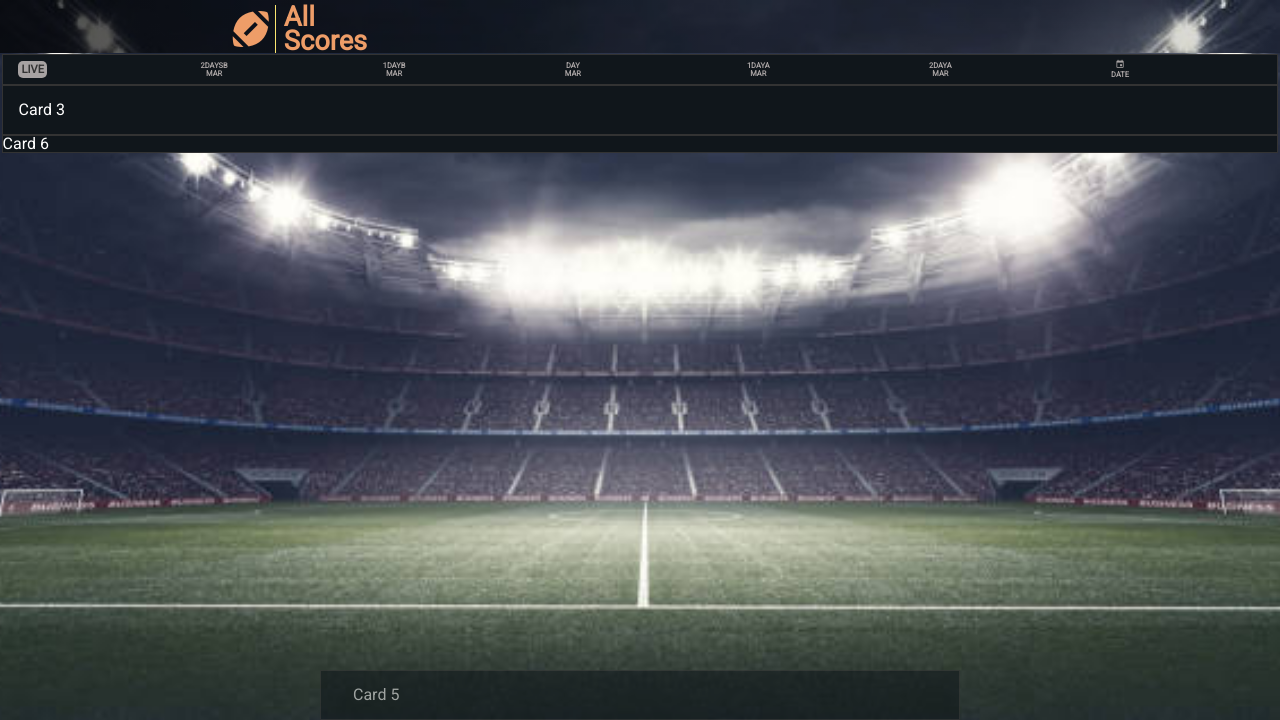
Repository: boomshakar/AllScores
Page: index.html
The author's editor kept a copy of each file at every save. The page is drawn from the files as they stood at one save, then again after the next save.
The browser window is 1280 px wide. The pictures show the whole page.
The style sheet was rebuilt from its Sass, Less or Tailwind sources for each picture, by a compiler version that may differ from the author's.

Above is the page before, as saved 2021-03-30 13:18:59.

### index.html
<!DOCTYPE html>
<html lang="en">
  <head>
    <meta charset="UTF-8" />
    <meta http-equiv="X-UA-Compatible" content="IE=edge" />
    <meta name="viewport" content="width=device-width, initial-scale=1.0" />
    <title>All Scores</title>
    <link rel="stylesheet" href="css/main.css" />
    <link
      rel="stylesheet"
      href="https://fonts.googleapis.com/icon?family=Material+Icons"
    />
  </head>
  <body>
    <header>
      <a href="index.html" class="head-name__logo">
        <span class="material-icons md-48">sports_football</span>
        <h1>All<br />Scores</h1>
      </a>
      <ul class="head-name">
        <a href="index.html"
          ><li class="head-name__mob active">
            <span class="material-icons md-36">sports_soccer</span>
            <h3>Soccer</h3>
          </li></a
        >
        <a href="#"
          ><li class="head-name__mob">
            <span class="material-icons md-36">sports_basketball</span>
            <h3>Basket</h3>
          </li></a
        >
        <a href="#"
          ><li class="head-name__mob">
            <span class="material-icons md-36">golf_course</span>
            <h3>Golf</h3>
          </li></a
        >
        <a href="#"
          ><li class="head-name__mob">
            <span class="material-icons md-36">sports_tennis</span>
            <h3>Tennis</h3>
          </li></a
        >
      </ul>
      <div class="menu-btn">
        <span class="menu-btn__burger"></span>
      </div>
      <nav class="nav">
        <ul class="menu-nav">
          <div class="menu-nav__time">
            Lorem ipsum, dolor sit amet consectetur adipisicing elit. Qui
            quidem, dignissimos asperiores totam nesciunt laborum at consectetur
            nam temporibus ea.
          </div>
          <li class="menu-nav__item active">
            <a href="index.html" class="menu-nav__link">Soccer</a>
          </li>
          <li class="menu-nav__item">
            <a href="#" class="menu-nav__link">Basketball</a>
          </li>
          <li class="menu-nav__item">
            <a href="#" class="menu-nav__link">Tennis</a>
          </li>
          <li class="menu-nav__item">
            <a href="#" class="menu-nav__link">Hockey</a>
          </li>
          <li class="menu-nav__item">
            <a href="#" class="menu-nav__link">Golf</a>
          </li>
          <li class="menu-nav__item">
            <a href="#" class="menu-nav__link">Basketball</a>
          </li>
          <li class="menu-nav__item">
            <a href="#" class="menu-nav__link">Tennis</a>
          </li>
          <li class="menu-nav__item">
            <a href="#" class="menu-nav__link">Hockey</a>
          </li>
          <li class="menu-nav__item">
            <a href="#" class="menu-nav__link">Golf</a>
          </li>
          <li class="menu-nav__item">
            <a href="#" class="menu-nav__link">Basketball</a>
          </li>
          <li class="menu-nav__item">
            <a href="#" class="menu-nav__link">Tennis</a>
          </li>
          <li class="menu-nav__item">
            <a href="#" class="menu-nav__link">Hockey</a>
          </li>
          <li class="menu-nav__item">
            <a href="#" class="menu-nav__link">Golf</a>
          </li>
          <div class="menu-nav__foot">
            Lorem ipsum dolor sit amet consectetur adipisicing elit. Quisquam
            quod neque provident ex cumque adipisci, iusto, tempora quibusdam
            maxime, magni autem perferendis? Quibusdam, tenetur. Laudantium,
            velit reiciendis deleniti perferendis nesciunt vitae dolores itaque
            aut voluptas dolor veritatis. Optio ducimus consectetur nisi sequi,
            nesciunt id quis mollitia, laborum voluptates necessitatibus modi.
          </div>
        </ul>
      </nav>
    </header>
    <div class="grid-contain">
      <span class="card">
        <div class="date-select">
          <a href="#" class="date-select__link active"
            ><div class="date-select__match live-logo">
              <strong>live</strong>
            </div></a
          >
          <a href="#" class="date-select__link"
            ><div class="date-select__match">
              <h6>2daysB</h6>
              <h6>Mar</h6>
            </div></a
          >
          <a href="#" class="date-select__link"
            ><div class="date-select__match">
              <h6>1dayB</h6>
              <h6>Mar</h6>
            </div></a
          >
          <a href="#" class="date-select__link"
            ><div class="date-select__match">
              <h6>Day</h6>
              <h6>Mar</h6>
            </div></a
          >
          <a href="#" class="date-select__link"
            ><div class="date-select__match">
              <h6>1dayA</h6>
              <h6>Mar</h6>
            </div></a
          >
          <a href="#" class="date-select__link"
            ><div class="date-select__match">
              <h6>2dayA</h6>
              <h6>Mar</h6>
            </div></a
          >
          <a href="#" class="date-select__link"
            ><div class="date-select__match live-cal">
              <span class="material-icons"> event </span>
              <h6>Date</h6>
            </div></a
          >
        </div>
      </span>
      <div class="card">Card 2</div>
      <div class="card">Card 3</div>
      <div class="card">Card 4</div>
      <div class="card">Card 5</div>
      <div class="card">Card 6</div>
    </div>
  </body>
  <script src="main.js"></script>
</html>

### main.js
const menuBtn = document.querySelector(".menu-btn");
const menuBurger = document.querySelector(".menu-btn__burger");
const nav = document.querySelector(".nav");
const headName = document.querySelector(".head-name");
const menuNav = document.querySelector(".menu-nav");
const menuNavList = document.querySelectorAll(".menu-nav__item");

let menuOpen = false;

menuBtn.addEventListener("click", toggleMenu);

function toggleMenu() {
  if (!menuOpen) {
    menuBurger.classList.add("open");
    nav.classList.add("open");
    headName.classList.add("open");
    menuNav.classList.add("open");
    menuNavList.forEach((item) => item.classList.add("open"));

    menuOpen = true;
  } else {
    menuBurger.classList.remove("open");
    nav.classList.remove("open");
    headName.classList.remove("open");
    menuNav.classList.remove("open");
    menuNavList.forEach((item) => item.classList.remove("open"));

    menuOpen = false;
  }
}

### scss/main.scss
@import "config";
@import "menu";
@import "home";
@import "responsive";

body {
  position: relative;
  background: $primary-color;
  color: $text-color;
  height: 100vh;
  font-family: "Roboto", "Segoe UI", Tahoma, Verdana, sans-serif;
  line-height: 1;
  background: url(../img/stadium3.jpg);
  background-size: cover;
  background-repeat: no-repeat;
  background-position: center;
  background-attachment: fixed;
}

header {
  display: flex;
  z-index: 2;
  background: linear-gradient(to right, rgba(#000, 0.7), rgba(#000, 0.1)),
    url(../img/head.jpg);
  background-size: cover;
  background-repeat: no-repeat;
  position: fixed;
  width: 100vw;
  padding-top: 0.3rem;

  a {
    color: $secondary-color;
  }
}

### scss/_config.scss
$primary-color: #24303a;
$secondary-color: #ee9d68;
$text-color: #fae56f;
$text-color2: rgb(167, 162, 162);

* {
  box-sizing: border-box;
  margin: 0;
  padding: 0;
  outline: 0;
  list-style: none;
}
a {
  text-decoration: none;
}

@import url("https://fonts.googleapis.com/css2?family=Roboto&display=swap");

@mixin transition-mix {
  transition: all 0.5s ease-in-out;
}

@mixin media-xxsm {
  @media screen and (max-width: 313px) {
    @content;
    ul.head-name {
      visibility: hidden;
    }
  }
}

@mixin media-xsm {
  @media screen and (min-width: 314px) and (max-width: 359px) {
    @content;
  }
}

@mixin media-sm {
  @media screen and (min-width: 360px) and (max-width: 399px) {
    @content;
  }
}

@mixin media-smd {
  @media screen and (min-width: 400px) {
    @content;
  }
}

@mixin media-md {
  @media screen and (min-width: 500px) {
    @content;
  }
}

@mixin media-lg {
  @media screen and (min-width: 700px) {
    @content;
  }
}

@mixin media-xl {
  @media screen and (min-width: 1000px) {
    @content;
  }
}

### scss/_menu.scss
.menu-btn {
  position: fixed;
  z-index: 1;
  width: 28px;
  height: 20px;
  top: 0.8rem;
  right: 0.7rem;
  background: transparent;
  cursor: pointer;
  @include transition-mix;
  &__burger {
    position: absolute;
    width: 20px;
    height: 3px;
    right: 0.5rem;
    top: 0.5rem;
    background: pink;
    border-radius: 5px;
    @include transition-mix;

    &::before {
      content: "";
      position: absolute;
      width: 28px;
      height: 3px;
      top: -8px;
      background: $text-color;
      border-radius: 5px;
      @include transition-mix;
    }

    &::after {
      content: "";
      position: absolute;
      width: 28px;
      height: 3px;
      top: 8px;
      background: $text-color;
      border-radius: 5px;
      @include transition-mix;
    }

    &.open {
      transform: rotate(720deg);
      background: transparent;

      &::before {
        transform: rotate(45deg) translate(5px, 8px);
        background: $secondary-color;
      }
      &::after {
        transform: rotate(-45deg) translate(3px, -7px);
        background: $secondary-color;
      }
    }
  }
}
nav {
  position: fixed;
  top: 0;
  left: 0;
  width: 100vw;
  visibility: hidden;
  &.open {
    visibility: visible;
  }
}

.menu-nav {
  display: grid;
  grid-template-columns: 1fr;
  grid-template-rows: 1fr;
  width: 100vw;
  height: 100vh;
  top: 50px;
  left: 0;
  right: 0;
  bottom: 0;
  overflow-y: scroll;
  overflow-x: hidden;
  background: $primary-color;
  opacity: 0.97;
  transform: translateY(-100%);
  @include transition-mix;

  &.open {
    transform: translateY(0);
  }
  &__time {
    padding: 1.5rem 1.5rem 1rem 1.5rem;
    line-height: 1.2;
    font-size: 12px;
  }

  &__item {
    transform: translateX(100vw);
    border-bottom: 1px solid rgb(102, 96, 96);
    @include transition-mix;
    &:nth-of-type(1) {
      border-top: 1px solid rgb(102, 96, 96);
    }
    &.open {
      transform: translateX(0);
    }
    &.active > a {
      color: $secondary-color;
    }
  }

  &__link {
    display: grid;
    font-size: 1.1rem;
    padding: 0.7rem 0;
    font-weight: 600;
    text-transform: uppercase;
    text-align: center;
    color: rgb(167, 162, 162);
    @include transition-mix;

    &:hover {
      color: $secondary-color;
    }
  }

  &__foot {
    padding: 2rem 1.5rem 200px 1.5rem;
    font-size: 12px;
  }
}

@for $f from 1 through 14 {
  .menu-nav__item:nth-child(#{$f}) {
    transition-delay: ($f * 0.1s) + 0.05s;
  }
}

### scss/_home.scss
.grid-contain {
  padding: 3.4rem 0.1rem 1.5rem 0.1rem;
  display: grid;
  grid-template-columns: 1fr;
  grid-template-rows: repeat(auto-fit, minmax(10px, 1fr));

  .card {
    background: darken($primary-color, 10%);
    border: 1px solid #333;
    color: #fff;

    &:nth-child(1) {
      //date selector
      grid-column: 1 / 1;
      grid-row: 1/ 2;
      .date-select {
        display: flex;
        flex-direction: row;
        justify-content: space-around;

        &__link {
          color: $text-color2;
          padding: 0.3rem 0.5rem;
          text-transform: uppercase;
          text-align: center;
          align-content: center;
          justify-self: center;
          width: 13vw;
          &:nth-child(1) > .live-logo {
            color: #333;
            background: $text-color2;
            border-radius: 5px;
            padding: 3px;
            width: max-content;
          }
        }
        &__match {
          font-size: 0.7rem;
          width: max-content;
          .material-icons {
            font-size: 0.6rem;
            width: max-content;
          }
        }
      }
    }

    &:nth-child(2) {
      //left side
      // grid-column: 1;
      // grid-row: 3 / 4;
      visibility: hidden;
    }

    &:nth-child(3) {
      //main menu
      grid-column: 1;
      grid-row: 2 / 3;
      padding: 1rem;
    }

    &:nth-child(4) {
      //right side
      // grid-column: 1;
      // grid-row: 4 / 5;
      visibility: hidden;
    }

    &:nth-child(5) {
      //stciky ad below
      // grid-column: 1;
      // grid-row: 3 / 4;
      position: fixed;
      bottom: 0;
      right: 25%;
      left: 25%;
      opacity: 0.55;
      padding: 1rem 2rem;
    }

    &:nth-child(6) {
      //footer
      grid-column: 1;
      grid-row: 3 / 4;
    }
  }
}

### scss/_responsive.scss
@include media-xxsm {
  header {
    height: 2.8rem;
    justify-content: space-between;
    .head-name__logo {
      display: flex;
      flex-direction: row;
      cursor: pointer;
      &:hover > .material-icons {
        color: $text-color;
      }

      .material-icons {
        font-size: 2.5rem;
        align-items: center;
        cursor: pointer;
        @include transition-mix;
      }
      h1 {
        font-weight: 800;
        border-left: 1px solid $text-color;
        line-height: 1.3rem;
        padding: 0 0.5rem;
        font-size: 1.1rem;
        cursor: pointer;
      }
    }
  }
}

@include media-xsm {
  header {
    justify-content: space-between;
    .head-name__logo {
      display: flex;
      flex-direction: row;
      cursor: pointer;
      height: 2.5rem;
      &:hover > .material-icons {
        color: $text-color;
      }

      .material-icons {
        font-size: 2.5rem;
        align-items: center;
        cursor: pointer;
        @include transition-mix;
      }
      h1 {
        font-weight: 800;
        border-left: 1px solid $text-color;
        line-height: 1.3rem;
        padding: 0 0.5rem;
        font-size: 1.1rem;
        cursor: pointer;
      }
    }
    ul.head-name {
      display: flex;
      flex-direction: row;
      margin-right: 2rem;
      &.open {
        visibility: hidden;
      }

      .head-name__mob {
        border-left: 1px solid $text-color2;
        padding: 0 0.2rem;
        text-align: center;
        width: 3rem;
        @include transition-mix;
        &.active {
          background: linear-gradient(
            to right,
            rgba(#fff, 0.3),
            rgba(#fff, 0.1)
          );
          color: $text-color;
          border-radius: 5px;
          border-left: 1px solid $text-color;
        }
        &:hover > .material-icons {
          color: $text-color;
        }
      }
      .material-icons {
        font-size: 1.3rem;
        cursor: pointer;
        @include transition-mix;
      }
      h3 {
        font-size: 0.7rem;
      }
    }
    .menu-btn {
      right: -0.3rem;
    }
  }
}

@include media-sm {
  header {
    justify-content: space-between;
    .head-name__logo {
      display: flex;
      flex-direction: row;
      cursor: pointer;
      height: 2.5rem;
      &:hover > .material-icons {
        color: $text-color;
      }

      .material-icons {
        font-size: 2.5rem;
        align-items: center;
        cursor: pointer;
        @include transition-mix;
      }
      h1 {
        font-weight: 800;
        border-left: 1px solid $text-color;
        line-height: 1.3rem;
        padding: 0 0.5rem;
        font-size: 1.1rem;
        cursor: pointer;
      }
    }
    ul.head-name {
      display: flex;
      flex-direction: row;
      margin-right: 2rem;
      &.open {
        visibility: hidden;
      }

      .head-name__mob {
        border-left: 1px solid $text-color2;
        padding: 0 0.5rem;
        text-align: center;
        width: 3.3rem;
        &.active {
          background: linear-gradient(
            to right,
            rgba(#fff, 0.3),
            rgba(#fff, 0.1)
          );
          color: $text-color;
          border-radius: 5px;
          border-left: 1px solid $text-color;
        }
        &:hover > .material-icons {
          color: $text-color;
        }
      }
      .material-icons {
        font-size: 1.3rem;
        cursor: pointer;
        @include transition-mix;
      }
      h3 {
        font-size: 0.8rem;
      }
    }
    .menu-btn {
      right: 0.3rem;
    }
  }
}

@include media-smd {
  header {
    justify-content: space-between;
    .head-name__logo {
      display: flex;
      flex-direction: row;
      cursor: pointer;
      &:hover > .material-icons {
        color: $text-color;
      }

      .material-icons {
        font-size: 3rem;
        align-items: center;
        cursor: pointer;
        @include transition-mix;
      }
      h1 {
        font-weight: 800;
        border-left: 1px solid $text-color;
        line-height: 1.5rem;
        padding: 0 0.5rem;
        font-size: 1.4rem;
        cursor: pointer;
      }
    }
    ul.head-name {
      display: flex;
      flex-direction: row;
      margin-right: 2rem;
      &.open {
        visibility: hidden;
      }

      .head-name__mob {
        border-left: 1px solid $text-color2;
        padding: 0 0.3rem;
        text-align: center;
        width: 3.4rem;
        @include transition-mix;
        &.active {
          background: linear-gradient(
            to right,
            rgba(#fff, 0.3),
            rgba(#fff, 0.1)
          );
          color: $text-color;
          border-radius: 5px;
          border-left: 1px solid $text-color;
        }
        &:hover > .material-icons {
          color: $text-color;
        }
      }
      .material-icons {
        font-size: 1.7rem;
        cursor: pointer;
        @include transition-mix;
      }
      h3 {
        font-size: 0.8rem;
      }
    }
    .menu-btn {
      top: 1.2rem;
      right: 0.4rem;
    }
  }
}

@include media-md {
  header {
    justify-content: space-between;
    .head-name__logo {
      display: flex;
      flex-direction: row;
      cursor: pointer;
      &:hover > .material-icons {
        color: $text-color;
      }

      .material-icons {
        font-size: 3rem;
        align-items: center;
        cursor: pointer;
        @include transition-mix;
      }
      h1 {
        font-weight: 800;
        border-left: 1px solid $text-color;
        line-height: 1.5rem;
        padding: 0 0.5rem;
        font-size: 1.7rem;
        cursor: pointer;
      }
    }
    ul.head-name {
      display: flex;
      flex-direction: row;
      margin-right: 5rem;
      &.open {
        visibility: hidden;
      }

      .head-name__mob {
        border-left: 1px solid $text-color2;
        padding: 0 0.5rem;
        text-align: center;
        width: 3.8rem;
        @include transition-mix;
        &.active {
          background: linear-gradient(
            to right,
            rgba(#fff, 0.3),
            rgba(#fff, 0.1)
          );
          color: $text-color;
          border-radius: 5px;
          border-left: 1px solid $text-color;
        }
        &:hover > .material-icons {
          color: $text-color;
        }
      }
      .material-icons {
        font-size: 1.7rem;
        cursor: pointer;
        @include transition-mix;
      }
      h3 {
        font-size: 0.8rem;
      }
    }
  }
}

@include media-lg {
  header {
    justify-content: space-evenly;
    .head-name__logo {
      display: flex;
      flex-direction: row;
      cursor: pointer;
      margin-right: 8rem;
      &:hover > .material-icons {
        color: $text-color;
      }

      .material-icons {
        font-size: 3rem;
        align-items: center;
        cursor: pointer;
        @include transition-mix;
      }
      h1 {
        font-weight: 800;
        border-left: 1px solid $text-color;
        line-height: 1.5rem;
        padding: 0 0.5rem;
        font-size: 1.7rem;
        cursor: pointer;
      }
    }
    ul.head-name {
      display: flex;
      flex-direction: row;
      &.open {
        visibility: hidden;
      }

      .head-name__mob {
        border-left: 1px solid $text-color2;
        padding: 0 0.3rem;
        text-align: center;
        width: 3.8rem;
        &.active {
          background: linear-gradient(
            to right,
            rgba(#fff, 0.3),
            rgba(#fff, 0.1)
          );
          color: $text-color;
          border-radius: 5px;
          border-left: 1px solid $text-color;
        }
        &:hover > .material-icons {
          color: $text-color;
        }
      }
      .material-icons {
        font-size: 1.7rem;
        cursor: pointer;
        @include transition-mix;
      }
      h3 {
        font-size: 0.8rem;
      }
    }
    .menu-btn {
      visibility: hidden;
    }
  }
}

@include media-xl {
  header {
    justify-content: space-evenly;
    .head-name__logo {
      display: flex;
      flex-direction: row;
      cursor: pointer;
      margin-right: 8rem;
      &:hover > .material-icons {
        color: $text-color;
      }

      .material-icons {
        font-size: 3rem;
        align-items: center;
        cursor: pointer;
        @include transition-mix;
      }
      h1 {
        font-weight: 800;
        border-left: 1px solid $text-color;
        line-height: 1.5rem;
        padding: 0 0.5rem;
        font-size: 1.7rem;
        cursor: pointer;
      }
    }
    ul.head-name {
      display: flex;
      flex-direction: row;
      &.open {
        visibility: hidden;
      }

      .head-name__mob {
        border-left: 1px solid $text-color2;
        padding: 0 0.3rem;
        text-align: center;
        width: 3.8rem;
        &.active {
          background: linear-gradient(
            to right,
            rgba(#fff, 0.3),
            rgba(#fff, 0.1)
          );
          color: $text-color;
          border-radius: 5px;
          border-left: 1px solid $text-color;
        }
        &:hover > .material-icons {
          color: $text-color;
        }
      }
      .material-icons {
        font-size: 1.7rem;
        cursor: pointer;
        @include transition-mix;
      }
      h3 {
        font-size: 0.8rem;
      }
    }
  }
}

After the next save:
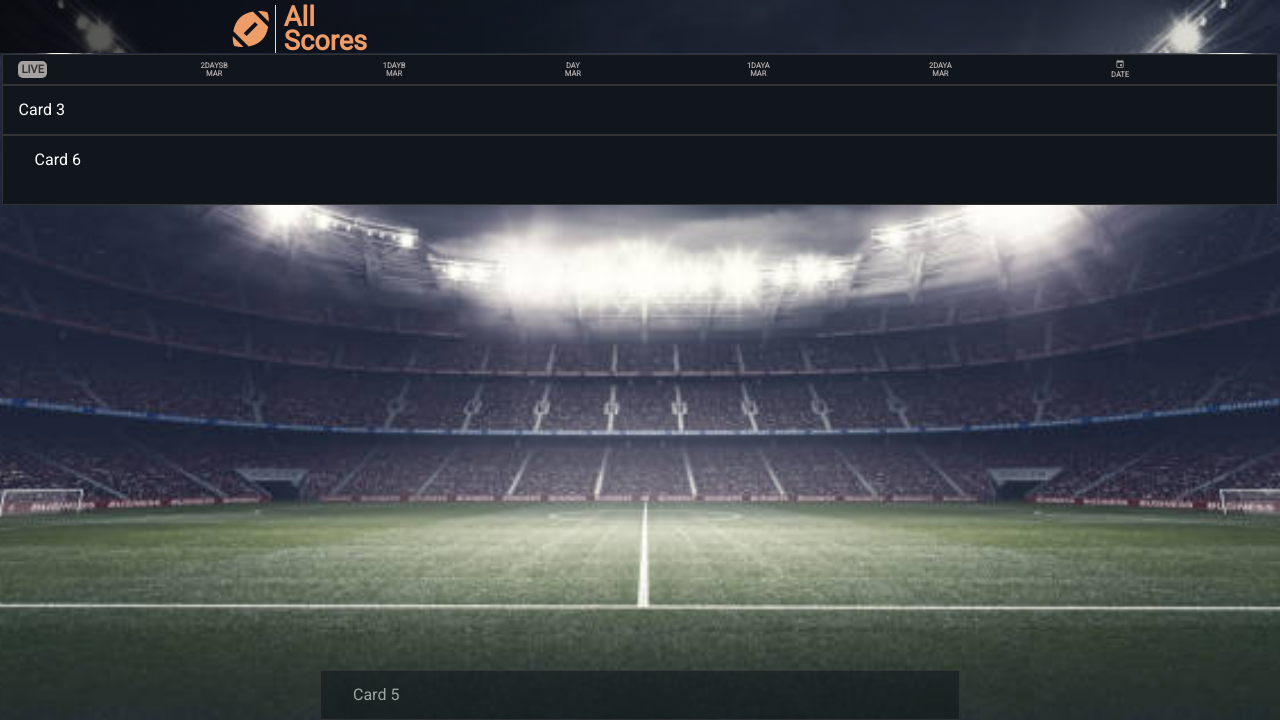
Saved 57 s later.
--- a/scss/_home.scss
+++ b/scss/_home.scss
@@ -82,6 +82,8 @@
       //footer
       grid-column: 1;
       grid-row: 3 / 4;
+      padding: 1rem 2rem;
+      padding-bottom: 2.3rem;
     }
   }
 }
